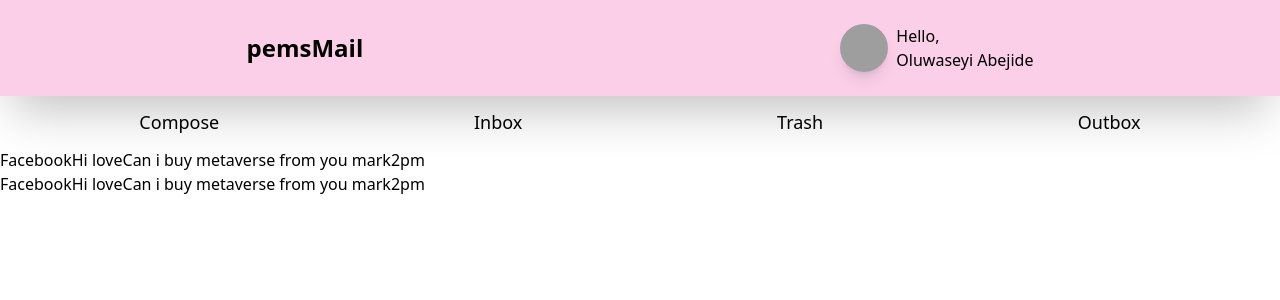
Repository: Semanmernstack/mailclone
Page: /
These files come from the project's save history. The page is drawn as it stood at one moment and after the next save; the edit follows.
The browser window is 1280 px wide. The pictures show the whole page.
Pictures or frames that could not be fetched are drawn as grey boxes. The project was rebuilt for these pictures with package versions that can differ from the ones it lists, and the page was loaded fresh each time. Also part of the build but not shown: src/features/counter/Counter.module.css, src/features/counter/Counter.js.

Above is the page before, as saved 2023-01-16 02:48:09.

### src/App.js
import React from 'react';

import { Counter } from './features/counter/Counter';
import Header from './Header';
import {
  BrowserRouter,
  Routes,
  Route,
} from "react-router-dom";
import Open from './Open';
import Topbar from './Topbar';


function App() {
  return (
    <div className="App">

      <BrowserRouter>

        <Header/>
        <Topbar/>
        <Routes>
          <Route exact path="/" element={<Open/>} />
        </Routes>
      </BrowserRouter>
    </div>
  );
}

export default App;

### src/features/counter/counterSlice.js
import { createAsyncThunk, createSlice } from '@reduxjs/toolkit';
import { fetchCount } from './counterAPI';

const initialState = {
  value: 0,
  status: 'idle',
};

// The function below is called a thunk and allows us to perform async logic. It
// can be dispatched like a regular action: `dispatch(incrementAsync(10))`. This
// will call the thunk with the `dispatch` function as the first argument. Async
// code can then be executed and other actions can be dispatched. Thunks are
// typically used to make async requests.
export const incrementAsync = createAsyncThunk(
  'counter/fetchCount',
  async (amount) => {
    const response = await fetchCount(amount);
    // The value we return becomes the `fulfilled` action payload
    return response.data;
  }
);

export const counterSlice = createSlice({
  name: 'counter',
  initialState,
  // The `reducers` field lets us define reducers and generate associated actions
  reducers: {
    increment: (state) => {
      // Redux Toolkit allows us to write "mutating" logic in reducers. It
      // doesn't actually mutate the state because it uses the Immer library,
      // which detects changes to a "draft state" and produces a brand new
      // immutable state based off those changes
      state.value += 1;
    },
    decrement: (state) => {
      state.value -= 1;
    },
    // Use the PayloadAction type to declare the contents of `action.payload`
    incrementByAmount: (state, action) => {
      state.value += action.payload;
    },
  },
  // The `extraReducers` field lets the slice handle actions defined elsewhere,
  // including actions generated by createAsyncThunk or in other slices.
  extraReducers: (builder) => {
    builder
      .addCase(incrementAsync.pending, (state) => {
        state.status = 'loading';
      })
      .addCase(incrementAsync.fulfilled, (state, action) => {
        state.status = 'idle';
        state.value += action.payload;
      });
  },
});

export const { increment, decrement, incrementByAmount } = counterSlice.actions;

// The function below is called a selector and allows us to select a value from
// the state. Selectors can also be defined inline where they're used instead of
// in the slice file. For example: `useSelector((state: RootState) => state.counter.value)`
export const selectCount = (state) => state.counter.value;

// We can also write thunks by hand, which may contain both sync and async logic.
// Here's an example of conditionally dispatching actions based on current state.
export const incrementIfOdd = (amount) => (dispatch, getState) => {
  const currentValue = selectCount(getState());
  if (currentValue % 2 === 1) {
    dispatch(incrementByAmount(amount));
  }
};

export default counterSlice.reducer;

### src/Header.js
import React from 'react'

function Header() {
  return (
    <div className="flex items-center justify-around p-2     h-24 bg-pink-200 border-b-pink-800 shadow-2xl">
        <div>
            <h1 className="text-lg md:text-2xl font-semibold">pemsMail</h1>

        </div>
        <div className="flex items-center justify-evenly">

            <img className="h-12 w-12 rounded-full shadow-lg" src="https://cdn.pixabay.com/photo/2022/12/01/12/26/countryside-7629017__340.jpg" alt="pic" />
            <div className="ml-2">
                <p>Hello,</p>
                <p>Oluwaseyi Abejide</p>
            </div>
        </div>
    </div>
  )
}

export default Header

### src/Open.js
import React from 'react'
import OpenRow from './OpenRow'

function Open() {
  return (
    <div>
         <OpenRow
                    title="Facebook"
                    subject="Hi love"
                    description="Can i buy metaverse from you mark"
                    time="2pm"
                />
                <OpenRow
                    title="Facebook"
                    subject="Hi love"
                    description="Can i buy metaverse from you mark"
                    time="2pm"
                />
    </div>
  )
}

export default Open

### src/Topbar.js
import React from 'react'

function Topbar() {
  return (
    <div className="flex items-center justify-around text-lg p-3">
        <div className='hover:underline hover:text-red-900 hover:text-2xl'>
            <p>Compose</p>
        </div>
        <div className='hover:underline hover:text-red-900 hover:text-2xl'>
            <p>Inbox</p>
        </div>
        <div className='hover:underline hover:text-red-900 hover:text-2xl'>
            <p>Trash</p>
        </div>
        <div className='hover:underline hover:text-red-900 hover:text-2xl'>
            <p>Outbox</p>
        </div>
    </div>
  )
}

export default Topbar

### src/OpenRow.js
import React from 'react'

function OpenRow({ title, subject, description, time }) {
  return (
    <div className="flex">
      <div className="">
            <h3>{title}</h3>
        </div>
        <div className="">
            <h4>{subject}
                <span className=""  >{description}</span>
            </h4>
        </div>
        <div className="">
            <h4>{time}</h4>
        </div>
    </div>
  )
}

export default OpenRow

Loaded but not shown: public/index.html (common file); src/index.js (common file); src/app/store.js (common file); src/reportWebVitals.js (common file); src/index.css (common file); src/features/counter/counterAPI.js (common file); tailwind.config.js (common file)

After the next save:
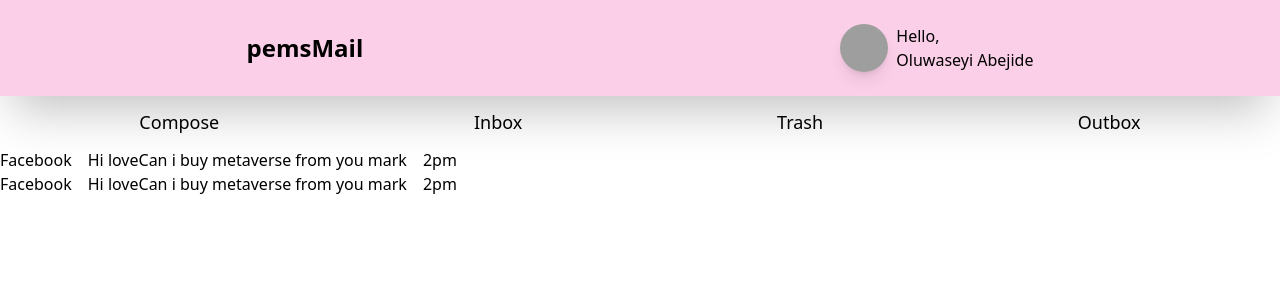
Saved 18 s later.
--- a/src/OpenRow.js
+++ b/src/OpenRow.js
@@ -2,7 +2,7 @@ import React from 'react'
 
 function OpenRow({ title, subject, description, time }) {
   return (
-    <div className="flex">
+    <div className="flex gap-4">
       <div className="">
             <h3>{title}</h3>
         </div>
